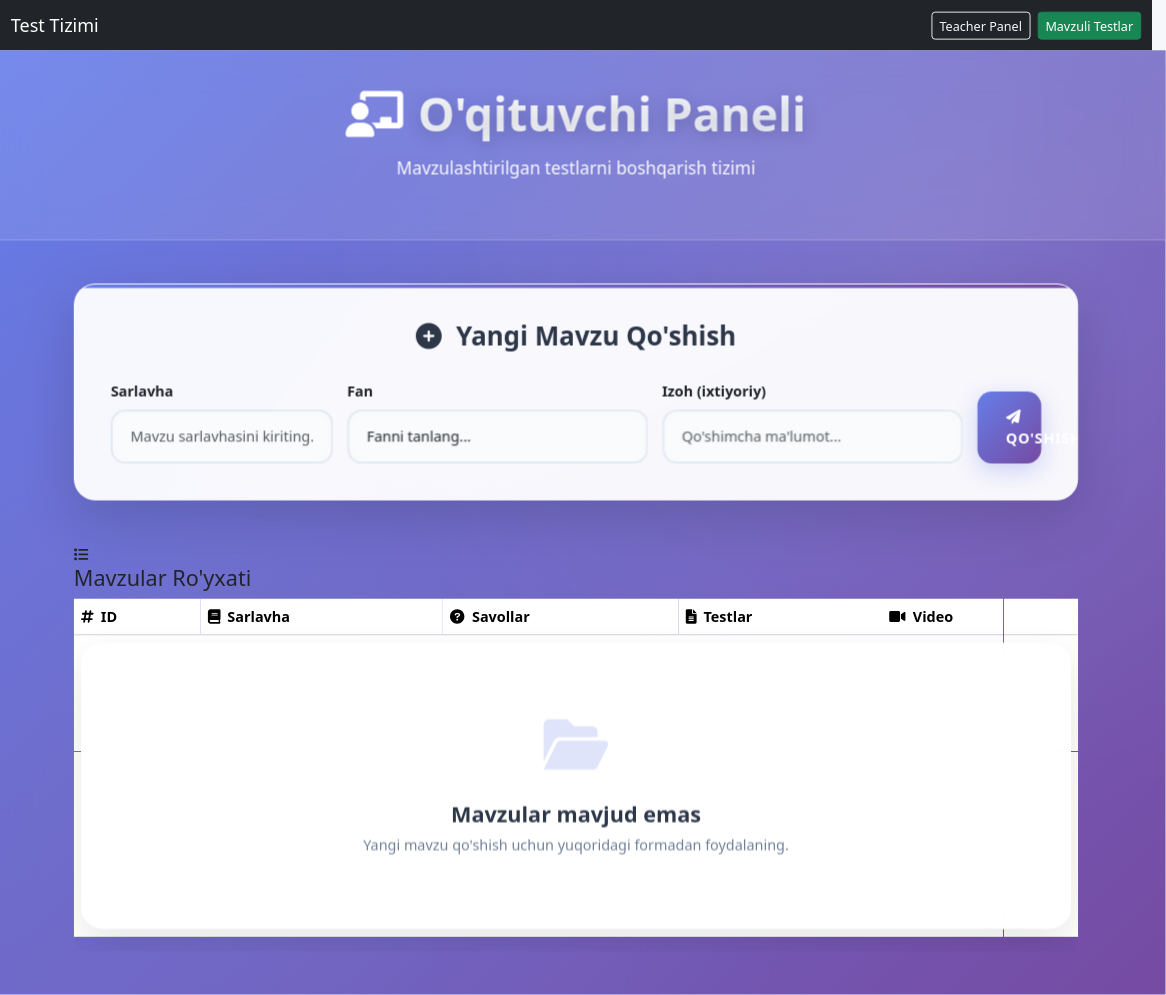
Repository: Shaxobiddin-Github/KatDPI_test
Page: backend/main/templates/topic_panel/dashboard.html
An editor plug-in stored every save of this project. The page is shown before and after the next save, followed by the edit.
The browser window is 1280 px wide. The page is 1295 px wide, so the pictures cover 1295 px, including what lies to the right of the window. The pictures show the whole page, at 90% of full size.
The template is drawn by Django 5.2. The application's start-up code is not run. The template is opened directly, without the code that normally fills it, so the values that code supplies are empty.

Above is the page before, as saved 2025-09-26 16:11:08.

After the next save:
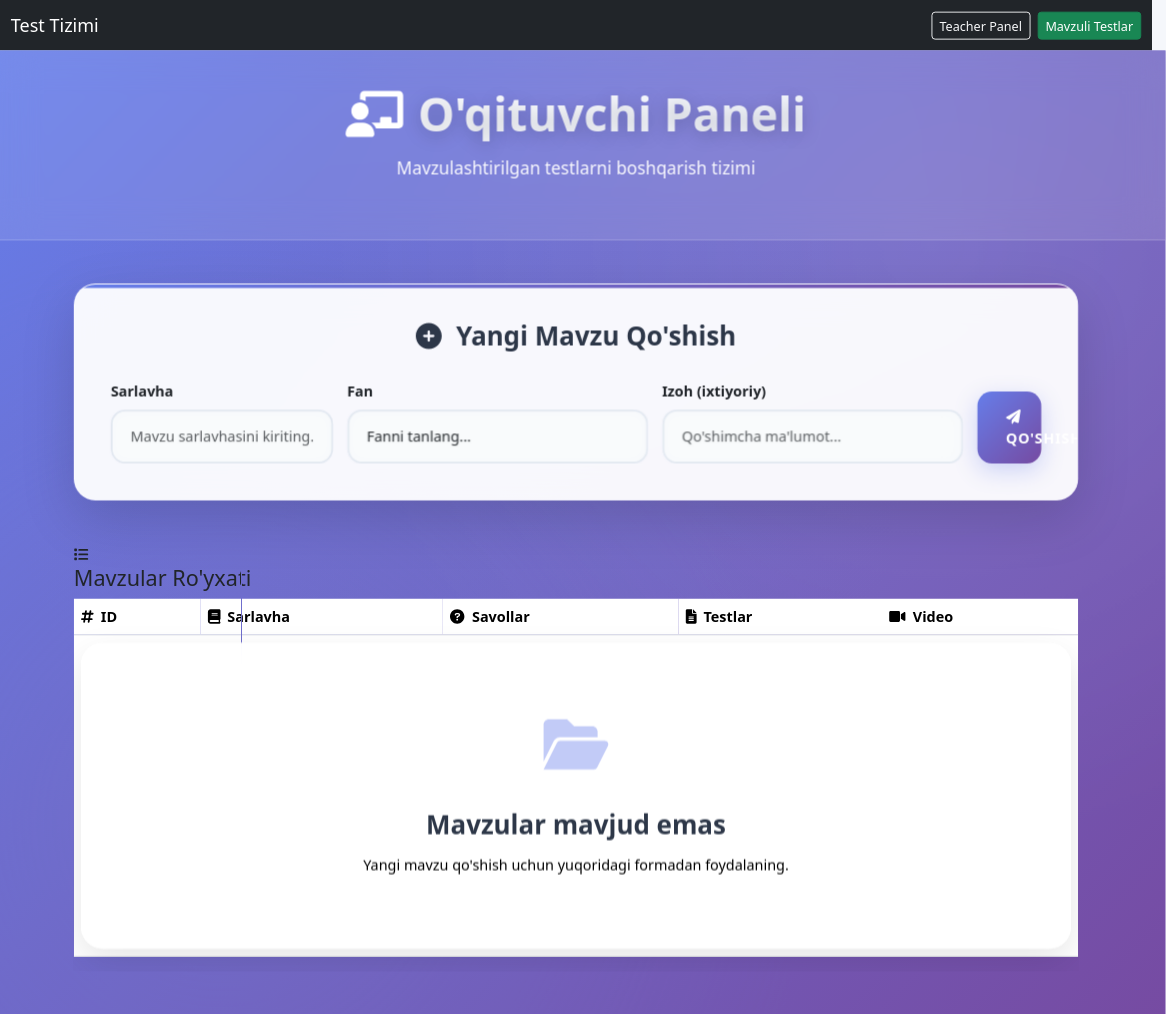
Saved 10 s later.
--- a/backend/main/templates/topic_panel/dashboard.html
+++ b/backend/main/templates/topic_panel/dashboard.html
@@ -422,20 +422,33 @@
     box-shadow: 0 12px 35px rgba(102, 126, 234, 0.5);
     color: white;
   }
-  .empty-state {
-    text-align: center;
-    padding: 4rem 2rem;
-    color: #718096;
-  }
-  .empty-icon {
-    font-size: 4rem;
-    margin-bottom: 1rem;
-    opacity: 0.5;
-  }
-  .empty-title {
-    font-size: 1.5rem;
-    font-weight: 600;
-    margin-bottom: 0.5rem;
+  /* Animation styles */
+  .fade-in {
+    animation: fadeIn 0.6s ease-out;
+  }
+
+  .slide-up {
+    animation: slideUp 0.6s ease-out;
+  }
+
+  .stagger-animation {
+    animation: slideUp 0.6s ease-out;
+  }
+
+  @keyframes fadeIn {
+    from { opacity: 0; }
+    to { opacity: 1; }
+  }
+
+  @keyframes slideUp {
+    from {
+      opacity: 0;
+      transform: translateY(30px);
+    }
+    to {
+      opacity: 1;
+      transform: translateY(0);
+    }
   }
   .loading-overlay {
     position: fixed;
